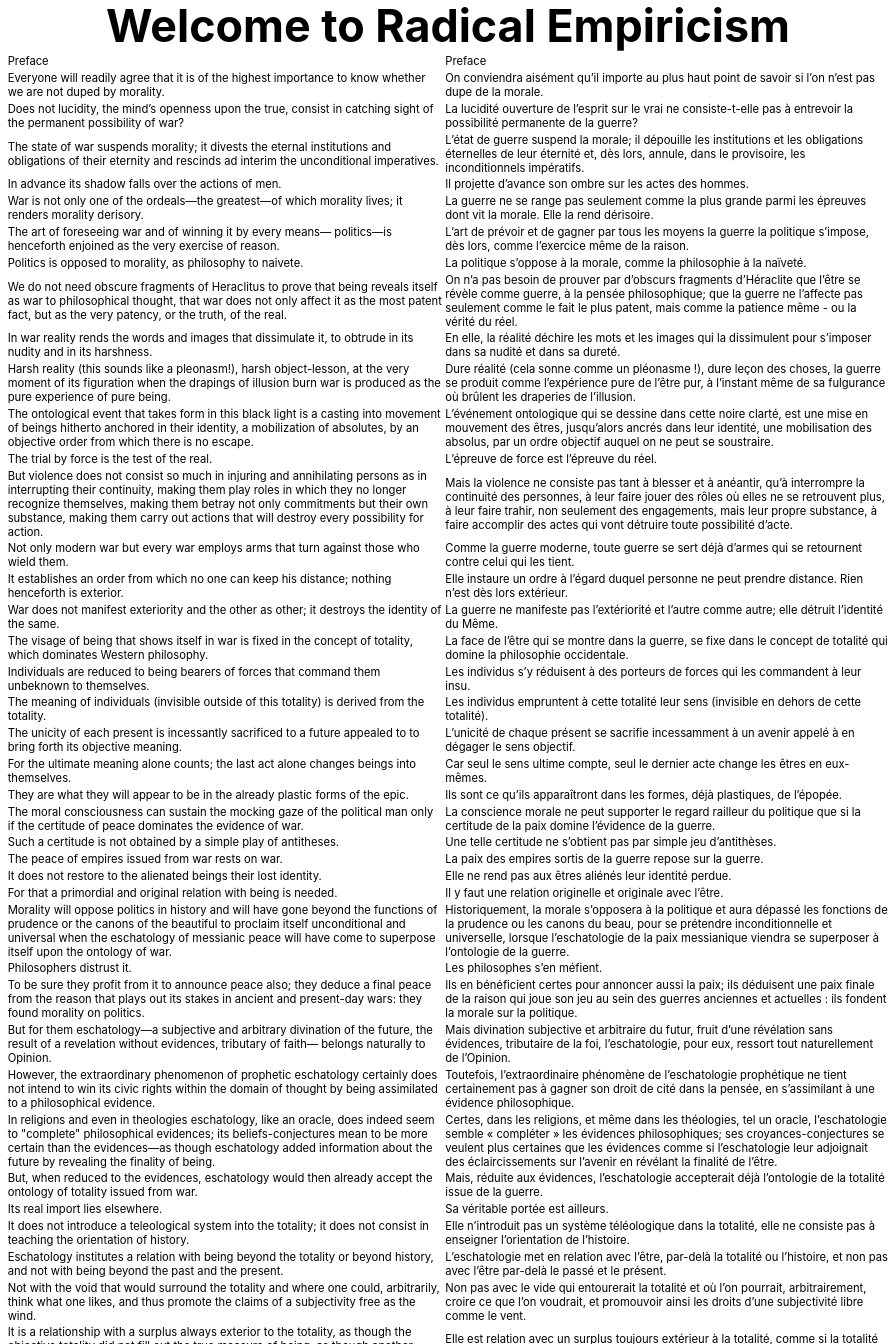
Repository: mcverter/EthicalPataphysicsOfAnarchism
Page: / (app in RadicalEmpiricism/src/nextjs/)
An editor plug-in stored every save of this project. The page is shown before and after the next save, followed by the edit.
The browser window is 1280 px wide. The pictures show the part of the page from y = 0 to 1920 px (the page is 5056 px tall before and 720 px after), at 70% of full size.
The project was rebuilt for these pictures with package versions that can differ from the ones it lists, and the page was loaded fresh each time. The framework's server and built-in components were replaced by stand-ins that run in the browser.

Above is the page before, as saved 2022-01-08 18:31:52.

After the next save:
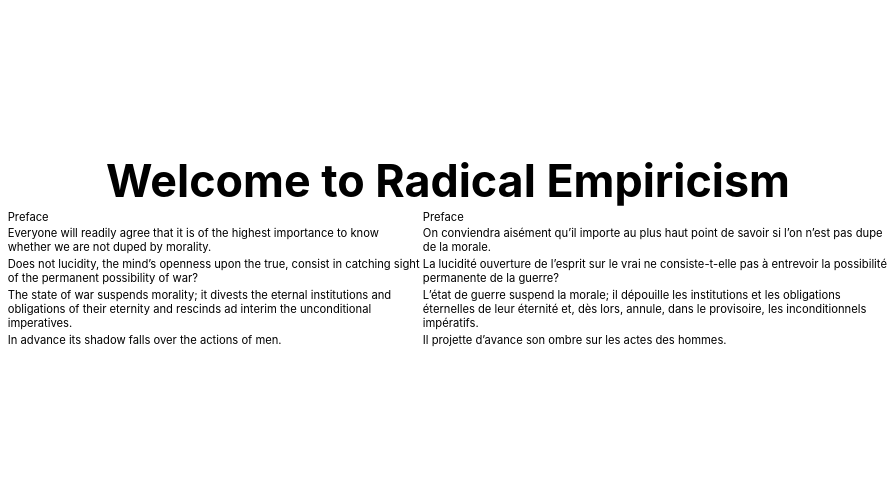
Saved 2 min 22 s later.
--- a/RadicalEmpiricism/src/nextjs/pages/index.js
+++ b/RadicalEmpiricism/src/nextjs/pages/index.js
@@ -57,7 +57,7 @@ export default function Home() {
           englishTISentences &&
           englishTISentences.length > 0 && (
             <table>
-              {[...Array(100).keys()].map((idx) => (
+              {[0, 1, 2, 3, 4].map((idx) => (
                 <TranslationRow
                   idx={idx}
                   book={"ti"}
